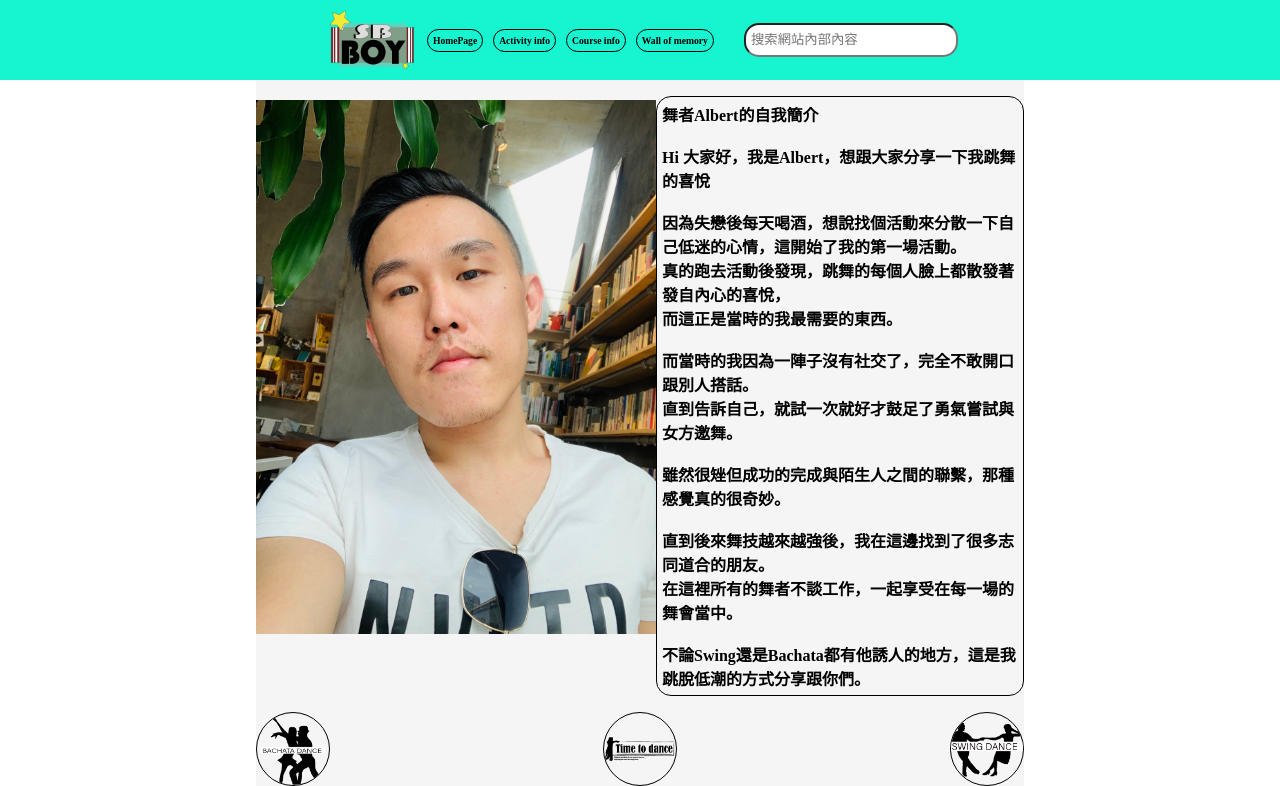
Repository: AlbertKoii/0718_Learning_Javascript
Page: aboutme/aboutme_try.html
These files come from the project's save history. The page is drawn as it stood at one moment and after the next save; the edit follows.
The browser window is 1280 px wide. The pictures show the whole page.

Above is the page before, as saved 2023-07-26 13:38:39.
Not found: aboutme/script.js

After the next save:
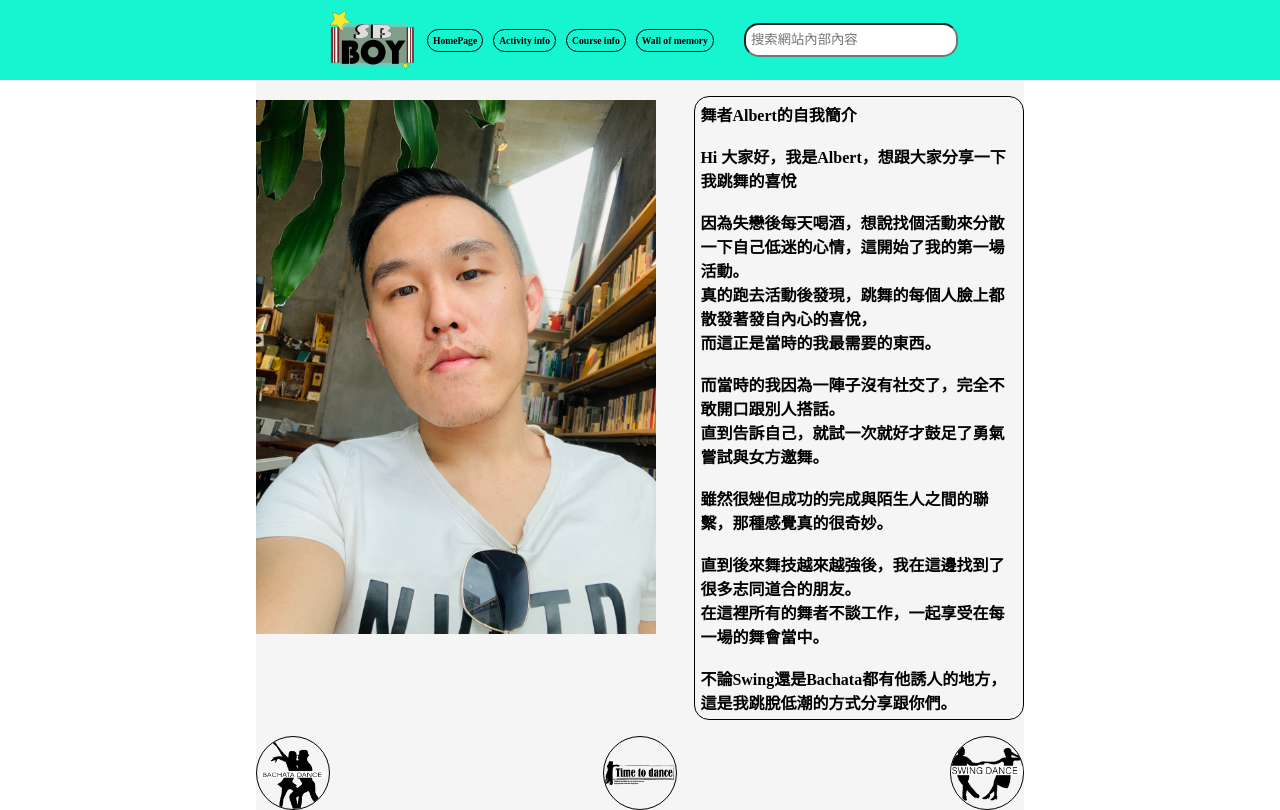
Saved 9 s later.
--- a/aboutme/aboutme.try.css
+++ b/aboutme/aboutme.try.css
@@ -68,7 +68,7 @@ html, body{
     object-fit: cover;
 }
 .right {
-    width:fit-content
+    width:fit-content;
     margin-left: 5%;
 
     }
